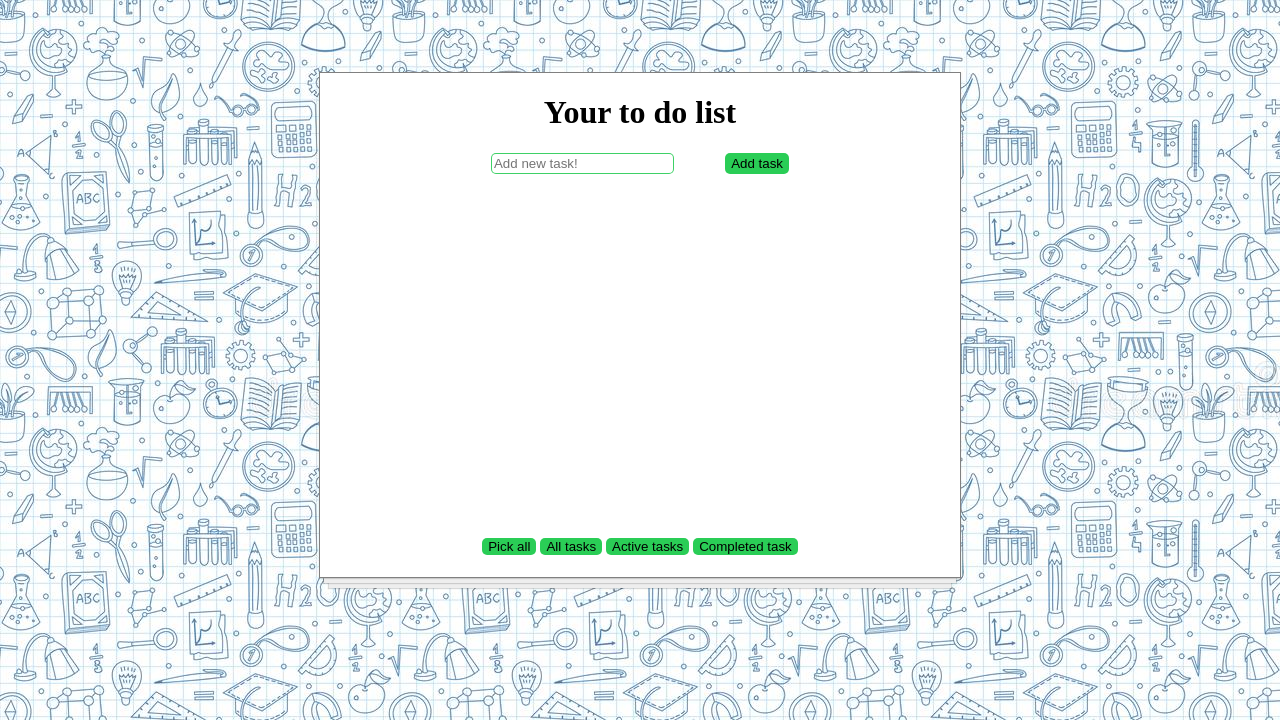
Repository: FetterDev/to-do-v2
Page: index.html
The author's editor kept a copy of each file at every save. The page is drawn from the files as they stood at one save, then again after the next save.
The browser window is 1280 px wide. The pictures show the whole page.

Above is the page before, as saved 2020-07-20 15:20:31.

### index.html
<!DOCTYPE html>
<html lang="en">
<head>
    <meta charset="UTF-8">
    <meta name="viewport" content="width=device-width, initial-scale=1.0">
    <title>to do list</title>
    <link rel="stylesheet" href="style.css">
</head>
<body>
    <div>
        <div class=" wrapper paper">
               <h1> Your to do list</h1>
               <div class="add-task-panel">
                   <input type="text" class="text-holder" placeholder="Add new task!">
                   <input type="button" class="button" value="Add task">
               </div>
                <div class="bottom-button">
                    <input type="button" class="button" value="Pick all">
                    <input type="button" class="button" value="All tasks">
                    <input type="button" class="button" value="Active tasks">
                    <input type="button" class="button"value="Completed task">

                </div>
           </div>
        </div>
    </div>
</body>
</html>

### style.css
body{
    padding: 0;
    margin: 0;
    background-image: url(img/back.jpg)
}
h1{
    padding: 0;

}
.wrapper{
    position: relative;
    display: flex;
    flex-direction: column;
    align-items: center;
    margin: auto;
    margin-top: 10vh;
    max-width: 50vw;
    min-height: 70vh;
    border: 1px solid grey;

}
.paper {
    background: #fff;
    box-shadow:
      0 1px 1px rgba(0,0,0,0.15),

      0 10px 0 -5px #eee,

      0 10px 1px -4px rgba(0,0,0,0.15),

      0 20px 0 -10px #eee,

      0 20px 1px -9px rgba(0,0,0,0.15);


  }
  .add-task-panel{
      justify-content: left;
      display: flex;
      align-self: center;
      height: 3vh;

  }
  .pick-all{

  }
  .text-holder{
    border: 0.5px solid ;
    border-radius: 5px;
    border-color:rgba(42,205,86,0.9) ;
    margin-right: 4vw;

  }
  .button{
      border-radius: 5px;
      border: none;
      background-color: rgba(42,205,86,1);
  }
  .bottom-button{
      position: absolute;
      bottom: 3vh;
  }

After the next save:
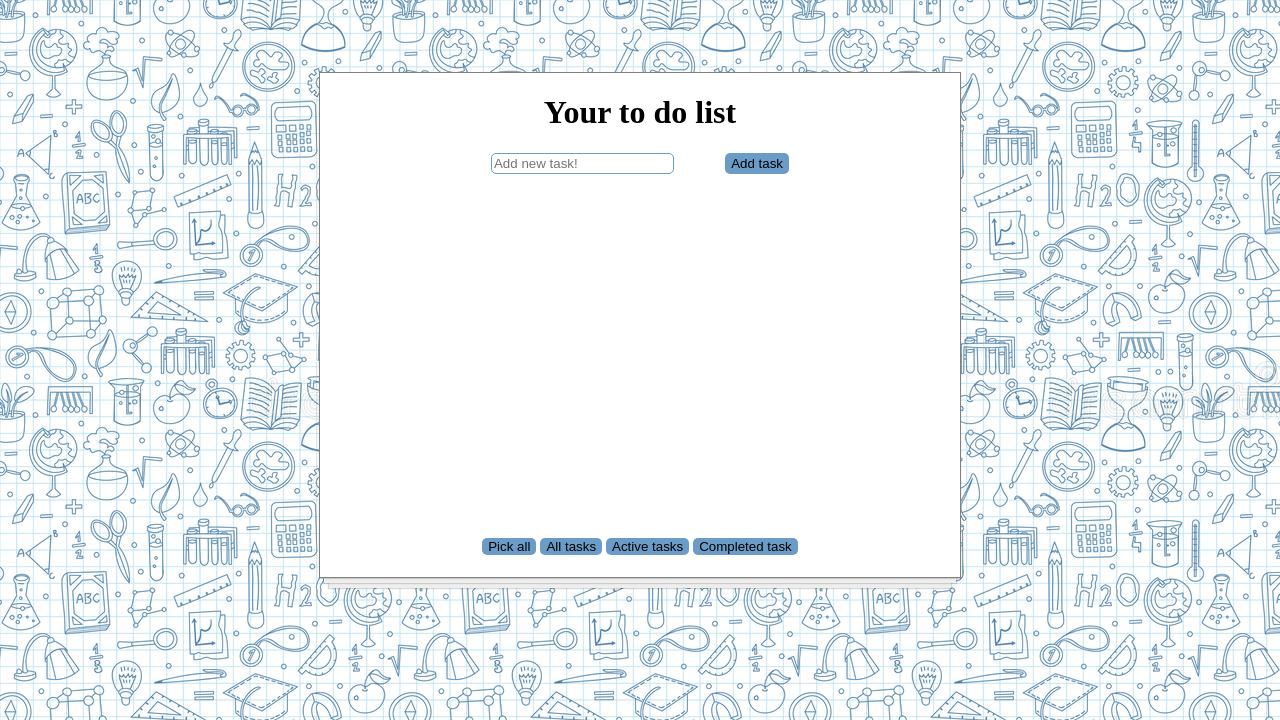
Saved 2 min 38 s later.
--- a/style.css
+++ b/style.css
@@ -47,14 +47,14 @@ h1{
   .text-holder{
     border: 0.5px solid ;
     border-radius: 5px;
-    border-color:rgba(42,205,86,0.9) ;
+    border-color:rgb(107,156,200) ;
     margin-right: 4vw;
 
   }
   .button{
       border-radius: 5px;
       border: none;
-      background-color: rgba(42,205,86,1);
+      background-color: rgb(107,156,200);
   }
   .bottom-button{
       position: absolute;
